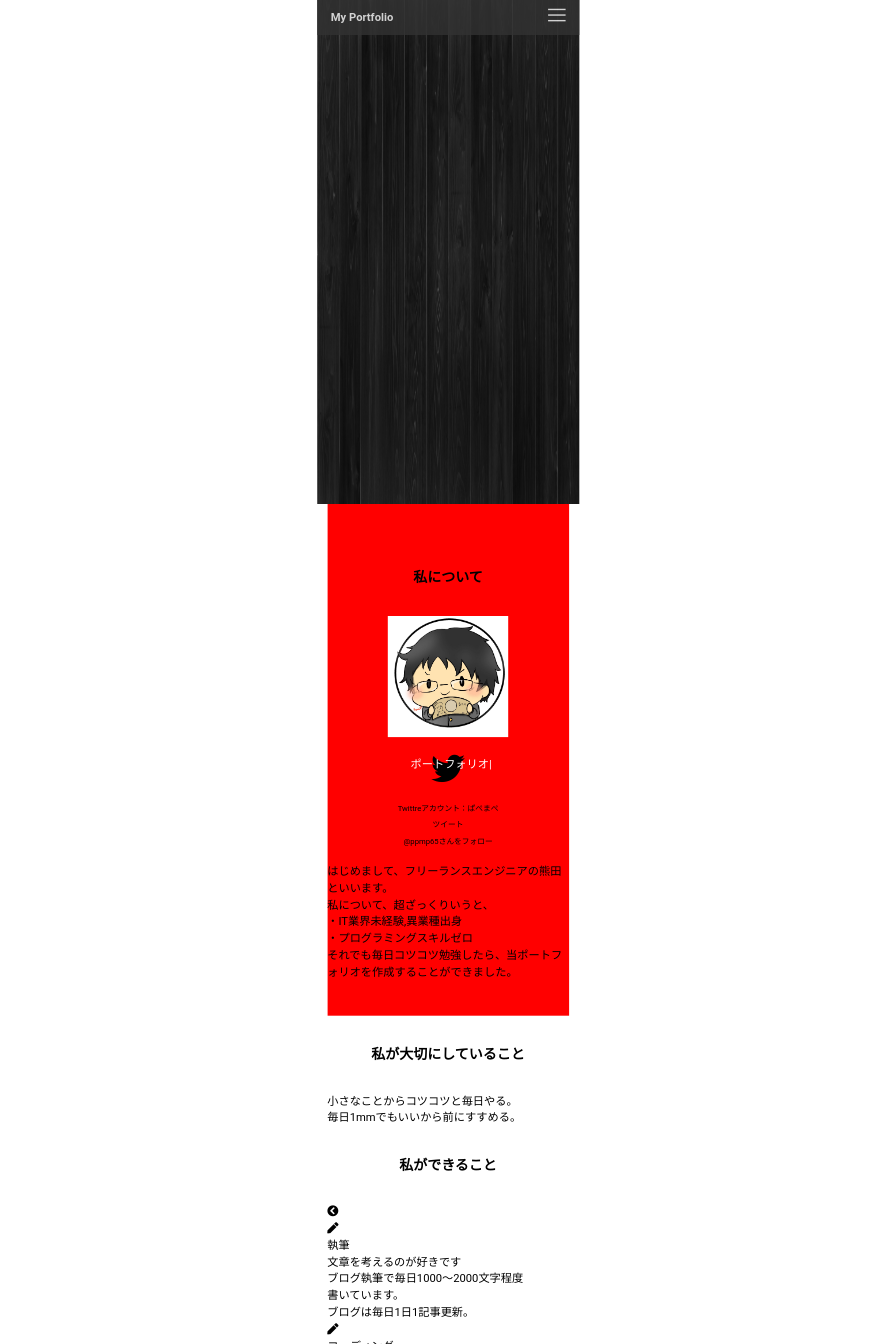
Repository: ppmp556/portfolio6
Page: index copy.html
These files come from the project's save history. The page is drawn as it stood at one moment and after the next save; the edit follows.
The browser window is 1280 px wide. The pictures show the part of the page from y = 0 to 1920 px (the page is 2989 px tall), at 70% of full size.
Some web libraries are served in a nearby version. The style sheet was rebuilt from its Sass, Less or Tailwind sources for each picture, by a compiler version that may differ from the author's.

Above is the page before, as saved 2020-10-11 20:23:14.
Console error: TypeError: Cannot read properties of null (reading 'addEventListener')

After the next save:
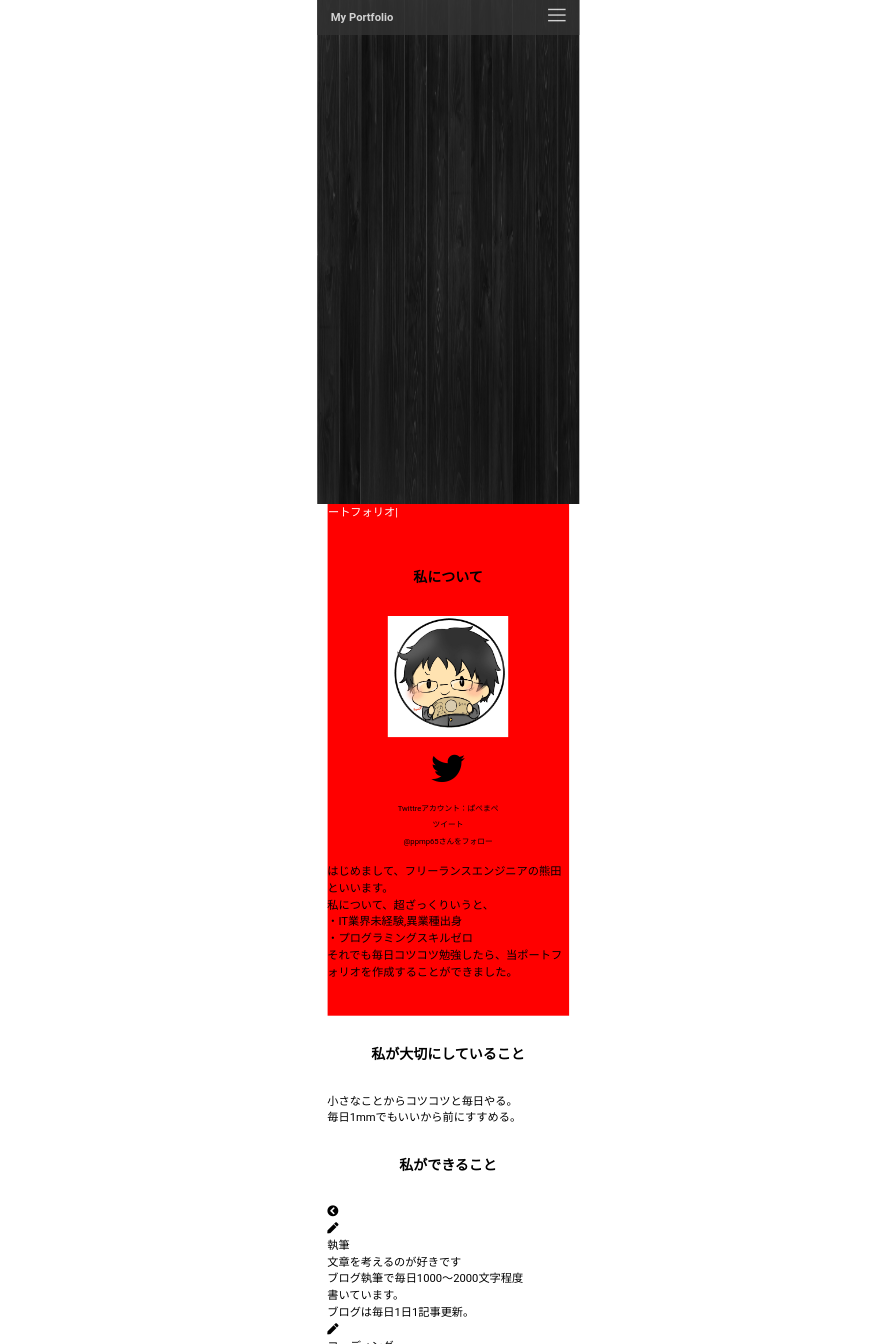
Saved 66 s later.
--- a/css/main.scss
+++ b/css/main.scss
@@ -163,11 +163,10 @@
     /* normal:標準の方向で実行、both:forwardsとbackwardsの両方の規定に従う */
     blinkTextCursor 500ms steps(60) infinite normal;
 
-}
-}
-
-
-.line_anime {
+    }
+
+    &_anime {
+
     position: relative;
     top: 50%;
     width: 24em;
@@ -177,7 +176,12 @@
     white-space: nowrap;
     overflow: hidden;
     animation: type 2.5s steps(80, end);
-}
+
+    }
+}
+
+
+
 
 
 .line_type {
